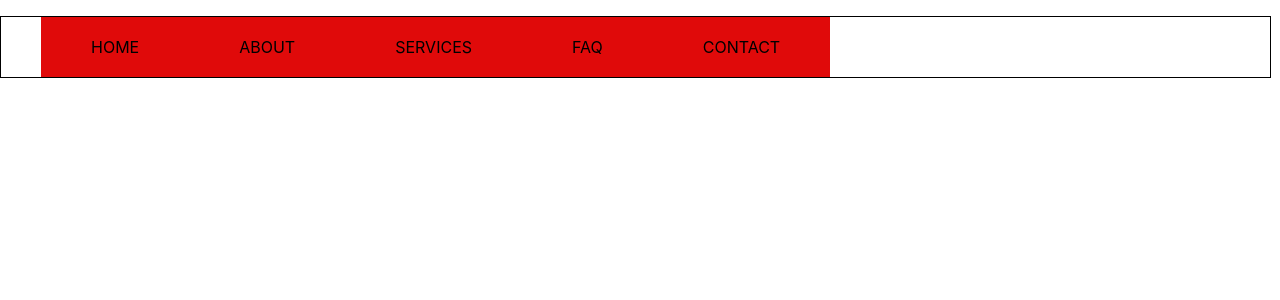
Repository: sriram1224/reactas1.github.io
Page: /
These files come from the project's save history. The page is drawn as it stood at one moment and after the next save; the edit follows.
The browser window is 1280 px wide. The pictures show the whole page.
The project was rebuilt for these pictures with package versions that can differ from the ones it lists, and the page was loaded fresh each time.

Above is the page before, as saved 2024-03-05 06:59:25.

### src/App.js
import Nav from './Components/Nav';
import './App.css';

function App() {
  return (
    <div className="App">
     <Nav />
    </div>
  );
}

export default App;

### src/Components/Nav.js

import Navc from './Nav.css';
function Nav(){
    return (
        <nav className='Nav'>
            <ul>
                <li id='first'>HOME</li>
                <li>ABOUT</li>
                <li>SERVICES</li>
                <li>FAQ</li>
                <li>CONTACT</li>
            </ul>
        </nav>
    )
}
export default Nav;

### src/Components/Nav.css
.Nav{
    display: flex;
    justify-content: space-between;
    align-items: center;

    width: 100%;
}
.Nav ul{
    display: flex;

    align-items: center;
    list-style: none;

    width: 96%;
    border: 1px solid #000;
}
.Nav ul li{
    padding: 20px 50px;

    background-color: rgb(224, 10, 10);
    text-align: center;
}
#first{

    background-color: rgb(224, 10, 10);
}

Loaded but not shown: public/index.html (common file); src/index.js (common file); src/index.css (common file); src/reportWebVitals.js (common file); src/App.css (common file)

After the next save:
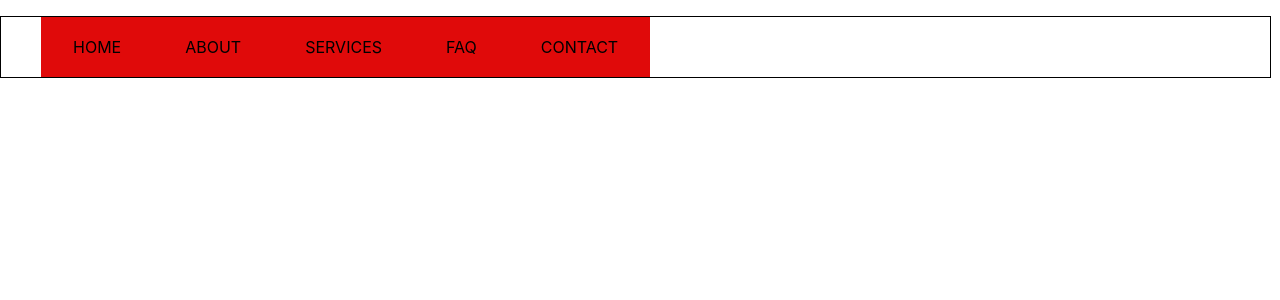
Saved 12 s later.
--- a/src/Components/Nav.css
+++ b/src/Components/Nav.css
@@ -15,7 +15,7 @@
     border: 1px solid #000;
 }
 .Nav ul li{
-    padding: 20px 50px;
+    padding: 20px 2rem;
 
     background-color: rgb(224, 10, 10);
     text-align: center;
